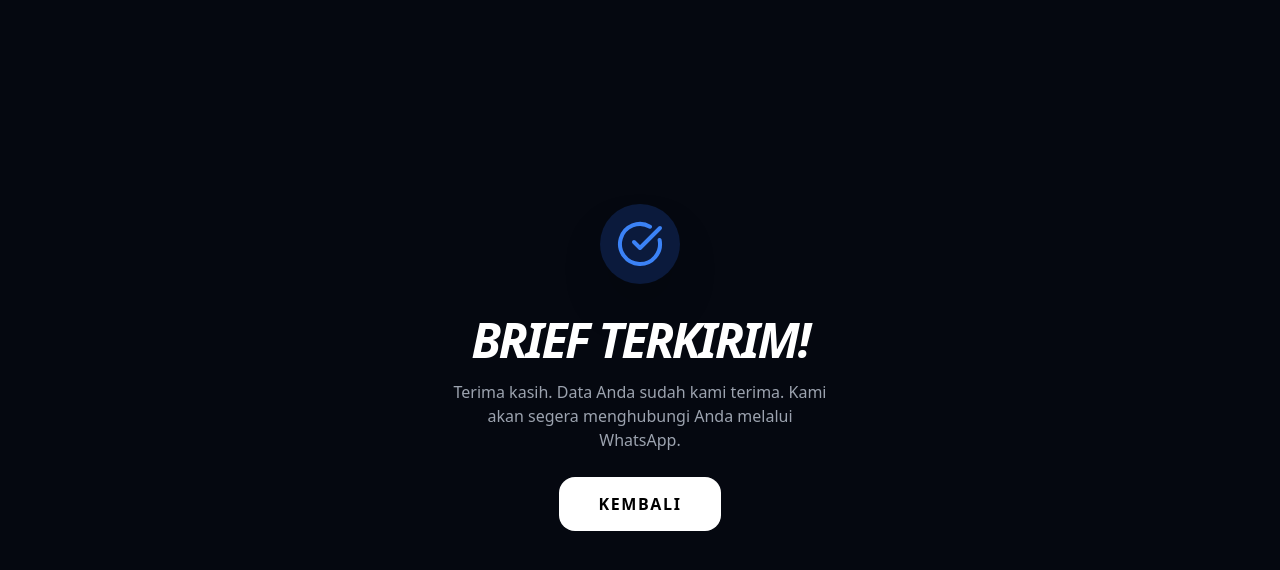
Repository: zhr-nabila/ClientBrief
Page: http://localhost/thanks.php
The author's editor kept a copy of each file at every save. The page is drawn from the files as they stood at one save, then again after the next save.
The browser window is 1280 px wide. The pictures show the whole page.
Some web libraries are served in a nearby version. The page is run by PHP 8.4 with error messages shown; the project is at /var/www/html/.

Above is the page before, as saved 2026-01-18 23:16:28.

### thanks.php
<!DOCTYPE html>
<html lang="id">

<head>
    <meta charset="UTF-8">
    <script src="https://cdn.tailwindcss.com"></script>
    <script src="https://unpkg.com/lucide@latest"></script>
    <title>Success | ClientBrief</title>
</head>

<body class="bg-[#050810] text-white flex items-center justify-center min-h-screen p-6">
    <div class="text-center">
        <div class="w-20 h-20 bg-blue-600/20 text-blue-500 rounded-full flex items-center justify-center mx-auto mb-8 shadow-2xl">
            <i data-lucide="check-circle" class="w-12 h-12"></i>
        </div>
        <h1 class="text-5xl font-black italic uppercase tracking-tighter mb-4">Brief Terkirim!</h1>
        <p class="text-gray-400 mb-10 max-w-sm mx-auto">Terima kasih. Data Anda sudah kami terima. Kami akan segera menghubungi Anda melalui WhatsApp.</p>
        <a href="index.php" class="bg-white text-black px-10 py-4 rounded-2xl font-black uppercase tracking-widest hover:bg-blue-600 hover:text-white transition-all">Kembali</a>
    </div>
    <script>
        lucide.createIcons();
    </script>
</body>

</html>

After the next save:
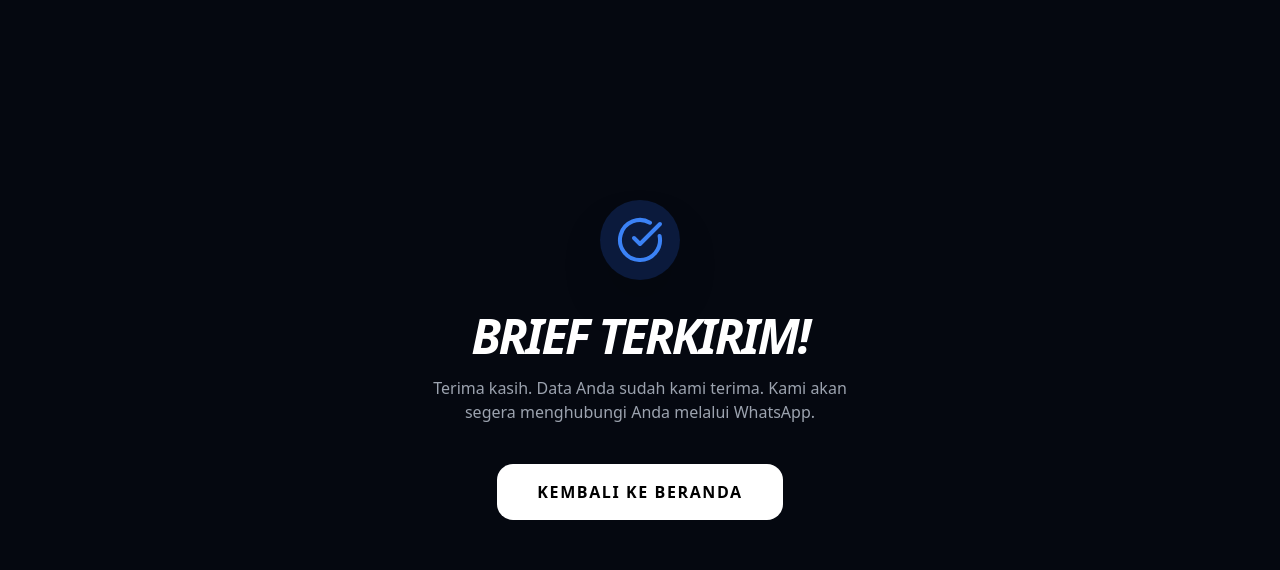
Saved 13 s later.
--- a/thanks.php
+++ b/thanks.php
@@ -1,25 +1,31 @@
 <!DOCTYPE html>
 <html lang="id">
-
 <head>
     <meta charset="UTF-8">
+    <meta name="viewport" content="width=device-width, initial-scale=1.0">
     <script src="https://cdn.tailwindcss.com"></script>
     <script src="https://unpkg.com/lucide@latest"></script>
     <title>Success | ClientBrief</title>
+    <style>
+        body {
+            background-color: #050810;
+            color: white;
+        }
+    </style>
 </head>
-
-<body class="bg-[#050810] text-white flex items-center justify-center min-h-screen p-6">
-    <div class="text-center">
+<body class="flex items-center justify-center min-h-screen p-6">
+    <div class="text-center max-w-md">
         <div class="w-20 h-20 bg-blue-600/20 text-blue-500 rounded-full flex items-center justify-center mx-auto mb-8 shadow-2xl">
             <i data-lucide="check-circle" class="w-12 h-12"></i>
         </div>
         <h1 class="text-5xl font-black italic uppercase tracking-tighter mb-4">Brief Terkirim!</h1>
-        <p class="text-gray-400 mb-10 max-w-sm mx-auto">Terima kasih. Data Anda sudah kami terima. Kami akan segera menghubungi Anda melalui WhatsApp.</p>
-        <a href="index.php" class="bg-white text-black px-10 py-4 rounded-2xl font-black uppercase tracking-widest hover:bg-blue-600 hover:text-white transition-all">Kembali</a>
+        <p class="text-gray-400 mb-10">Terima kasih. Data Anda sudah kami terima. Kami akan segera menghubungi Anda melalui WhatsApp.</p>
+        <a href="index.php" class="inline-block bg-white text-black px-10 py-4 rounded-2xl font-black uppercase tracking-widest hover:bg-blue-600 hover:text-white transition-all">
+            Kembali ke Beranda
+        </a>
     </div>
     <script>
         lucide.createIcons();
     </script>
 </body>
-
 </html>

After the save that followed:
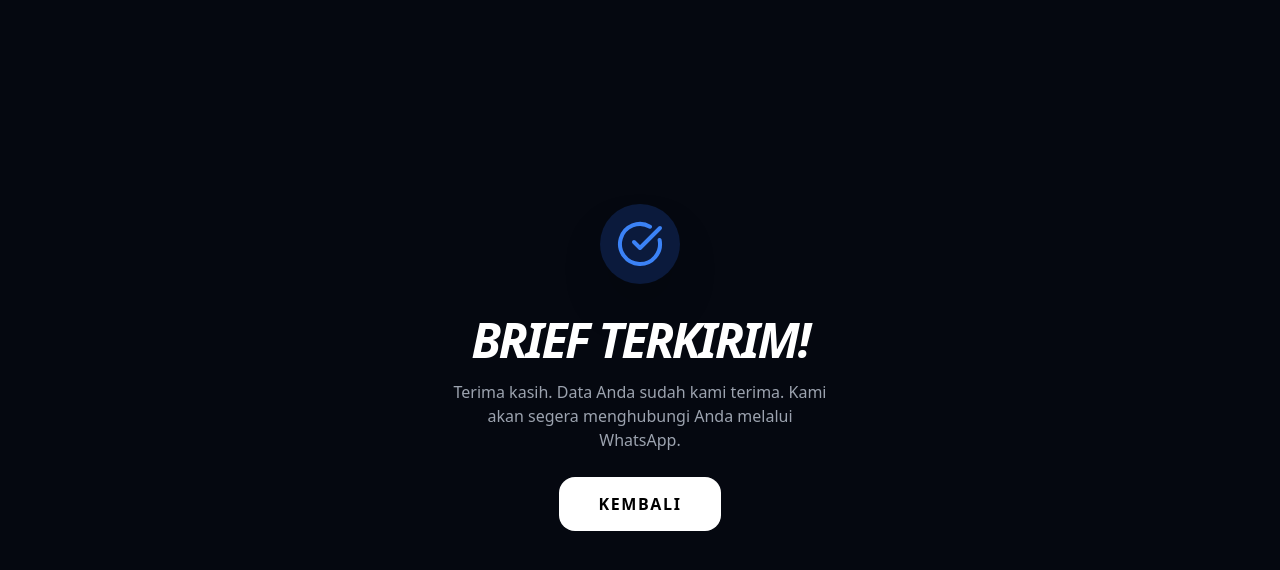
Saved 62 s later.
--- a/thanks.php
+++ b/thanks.php
@@ -1,31 +1,25 @@
 <!DOCTYPE html>
 <html lang="id">
+
 <head>
     <meta charset="UTF-8">
-    <meta name="viewport" content="width=device-width, initial-scale=1.0">
     <script src="https://cdn.tailwindcss.com"></script>
     <script src="https://unpkg.com/lucide@latest"></script>
     <title>Success | ClientBrief</title>
-    <style>
-        body {
-            background-color: #050810;
-            color: white;
-        }
-    </style>
 </head>
-<body class="flex items-center justify-center min-h-screen p-6">
-    <div class="text-center max-w-md">
+
+<body class="bg-[#050810] text-white flex items-center justify-center min-h-screen p-6">
+    <div class="text-center">
         <div class="w-20 h-20 bg-blue-600/20 text-blue-500 rounded-full flex items-center justify-center mx-auto mb-8 shadow-2xl">
             <i data-lucide="check-circle" class="w-12 h-12"></i>
         </div>
         <h1 class="text-5xl font-black italic uppercase tracking-tighter mb-4">Brief Terkirim!</h1>
-        <p class="text-gray-400 mb-10">Terima kasih. Data Anda sudah kami terima. Kami akan segera menghubungi Anda melalui WhatsApp.</p>
-        <a href="index.php" class="inline-block bg-white text-black px-10 py-4 rounded-2xl font-black uppercase tracking-widest hover:bg-blue-600 hover:text-white transition-all">
-            Kembali ke Beranda
-        </a>
+        <p class="text-gray-400 mb-10 max-w-sm mx-auto">Terima kasih. Data Anda sudah kami terima. Kami akan segera menghubungi Anda melalui WhatsApp.</p>
+        <a href="index.php" class="bg-white text-black px-10 py-4 rounded-2xl font-black uppercase tracking-widest hover:bg-blue-600 hover:text-white transition-all">Kembali</a>
     </div>
     <script>
         lucide.createIcons();
     </script>
 </body>
+
 </html>
